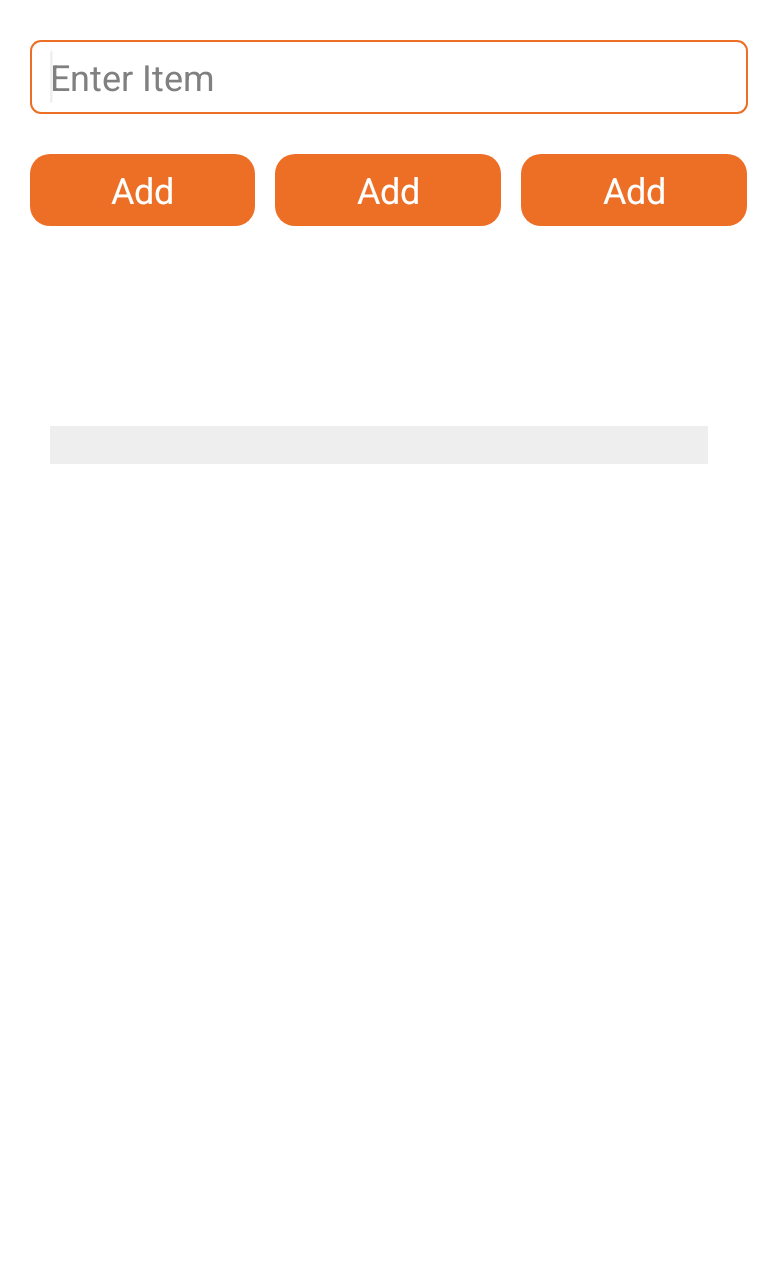
Repository: ianDervan/FYP_ShopSmart
Layout: FYP/ShopSmart/res/layout/activity_shopping_list.xml
An editor plug-in stored every save of this project. The layout is shown before and after the next save, followed by the edit.
It is drawn on a 768 x 1280 px phone screen (xhdpi) without system bars, with theme AppTheme; the app's code is not run.

Above is the layout before, as saved 2015-01-16 20:42:24.

### FYP/ShopSmart/res/layout/activity_shopping_list.xml
<?xml version="1.0" encoding="utf-8"?>
<LinearLayout xmlns:android="http://schemas.android.com/apk/res/android"
     android:layout_width="match_parent"
     android:layout_height="match_parent"
     android:orientation="vertical"
     android:padding="10dip" >

    <LinearLayout
        android:layout_width="fill_parent"
        android:layout_height="wrap_content"
        android:orientation="horizontal" >

        <AutoCompleteTextView
            android:id="@+id/autocomplete_country"
            android:layout_width="match_parent"
            android:layout_height="37dp"
            android:layout_marginLeft="5dp"
            android:layout_marginTop="10dp"
            android:background="@drawable/customeditext"
            android:dropDownWidth="340dp"
            android:hint="Enter Item"
            android:paddingLeft="10dp" >

            <requestFocus />
        </AutoCompleteTextView>
	</LinearLayout>

    <LinearLayout
        android:layout_width="fill_parent"
        android:layout_height="wrap_content"
        android:layout_marginTop="10dp"
        android:layout_marginLeft="5dp"
        android:orientation="horizontal" >

        <Button
            android:id="@+id/Button02"
            android:layout_width="wrap_content"
            android:layout_height="36dp"
            android:layout_marginTop="10dp"
            android:layout_weight="0.1"
            android:background="@drawable/custombutton_lr"
            android:text="Add"
            android:textColor="#FFFFFF" />

        <Button
            android:id="@+id/Button01"
            android:layout_width="wrap_content"
            android:layout_height="36dp"
            android:layout_weight="0.1"
            android:layout_marginLeft="10"
            android:layout_marginTop="10dp"
            android:background="@drawable/custombutton_lr"
            android:text="Add"
            android:textColor="#FFFFFF" />

        <Button
            android:id="@+id/btn_2"
            android:layout_width="wrap_content"
            android:layout_height="36dp"
            android:layout_weight="0.1"
            android:layout_marginLeft="10dp"
            android:layout_marginTop="10dp"
            android:background="@drawable/custombutton_lr"
            android:text="Add"
            android:textColor="#FFFFFF" />
    </LinearLayout>

     <LinearLayout
         android:layout_width="fill_parent"
         android:layout_height="wrap_content"
         android:layout_marginTop="50dp"
         android:orientation="vertical" >


         <ScrollView
             android:id="@+id/ScrollView01"
             android:layout_width="match_parent"
             android:layout_height="0dp"
             android:layout_weight="1.20"
             android:layout_marginTop="50dp" >

             <TextView
                 android:id="@+id/txtMsg"
                 android:layout_width="match_parent"
                 android:layout_height="wrap_content"
                 android:layout_marginLeft="15dp"
                 android:layout_marginRight="20dp"
                 android:background="#ffeeeeee" />
         </ScrollView>

     </LinearLayout>
 </LinearLayout>

### FYP/ShopSmart/res/drawable/customeditext.xml
<?xml version="1.0" encoding="utf-8"?>

<shape xmlns:android="http://schemas.android.com/apk/res/android"
	android:shape="rectangle" android:padding="10dp">
	<solid android:color="#FFFFFF" />
	<corners
	    android:bottomRightRadius="5dp"
		android:bottomLeftRadius="5dp"
		android:topLeftRadius="5dp"
		android:topRightRadius="5dp" />
	<stroke android:width="1dip" android:color="#ED6F26"/>

</shape>

### FYP/ShopSmart/res/drawable/custombutton_lr.xml
<?xml version="1.0" encoding="utf-8"?>

<shape xmlns:android="http://schemas.android.com/apk/res/android"
     android:shape="rectangle">
     <solid android:color="#ED6F26"/>
     <corners android:bottomLeftRadius="10dp"
         android:bottomRightRadius="10dp"
         android:topLeftRadius="10dp"
         android:topRightRadius="10dp"/>
 </shape>

Loaded but not shown: FYP/ShopSmart/res/values/styles.xml (common file); FYP/ShopSmart/res/values-v11/styles.xml (common file); FYP/ShopSmart/res/values-v14/styles.xml (common file)

After the next save:
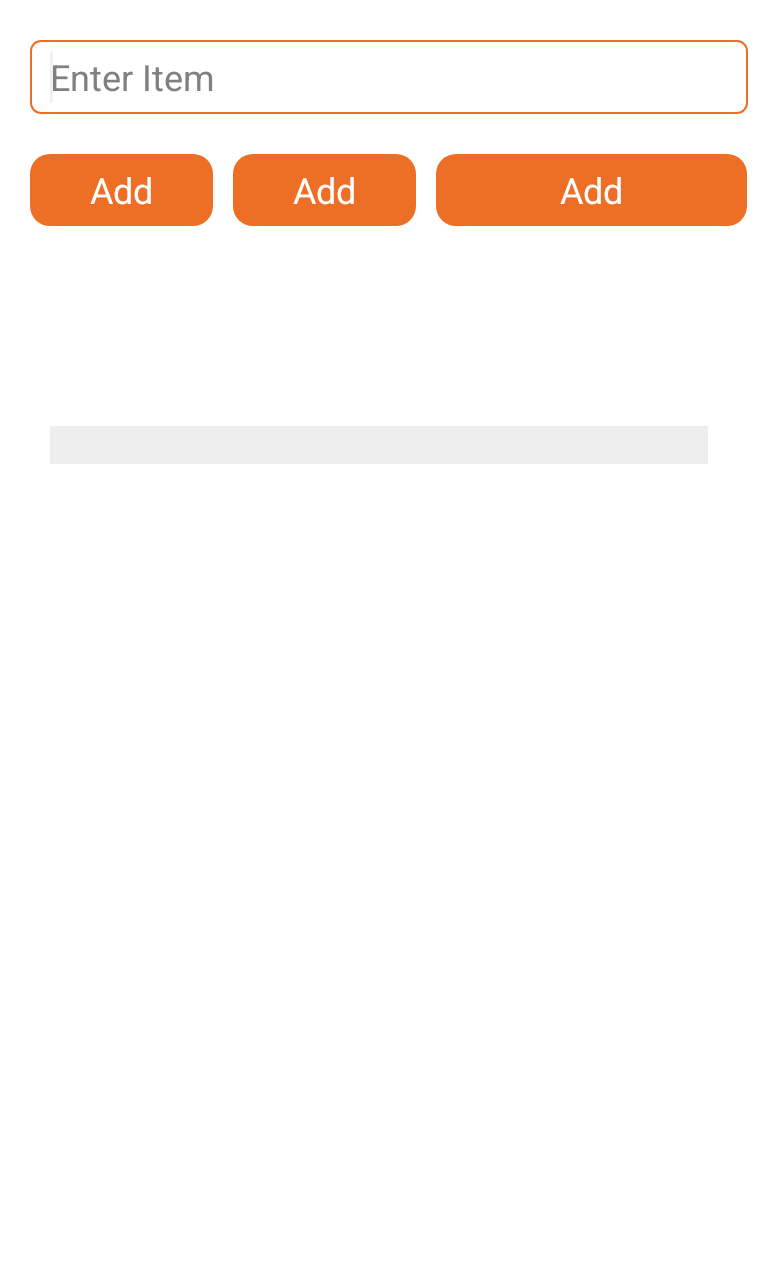
Saved 2 min 37 s later.
--- a/FYP/ShopSmart/res/layout/activity_shopping_list.xml
+++ b/FYP/ShopSmart/res/layout/activity_shopping_list.xml
@@ -34,7 +34,7 @@
 
         <Button
             android:id="@+id/Button02"
-            android:layout_width="wrap_content"
+            android:layout_width="0dp"
             android:layout_height="36dp"
             android:layout_marginTop="10dp"
             android:layout_weight="0.1"
@@ -44,10 +44,10 @@
 
         <Button
             android:id="@+id/Button01"
-            android:layout_width="wrap_content"
+            android:layout_width="0dp"
             android:layout_height="36dp"
             android:layout_weight="0.1"
-            android:layout_marginLeft="10"
+            android:layout_marginLeft="10dp"
             android:layout_marginTop="10dp"
             android:background="@drawable/custombutton_lr"
             android:text="Add"
